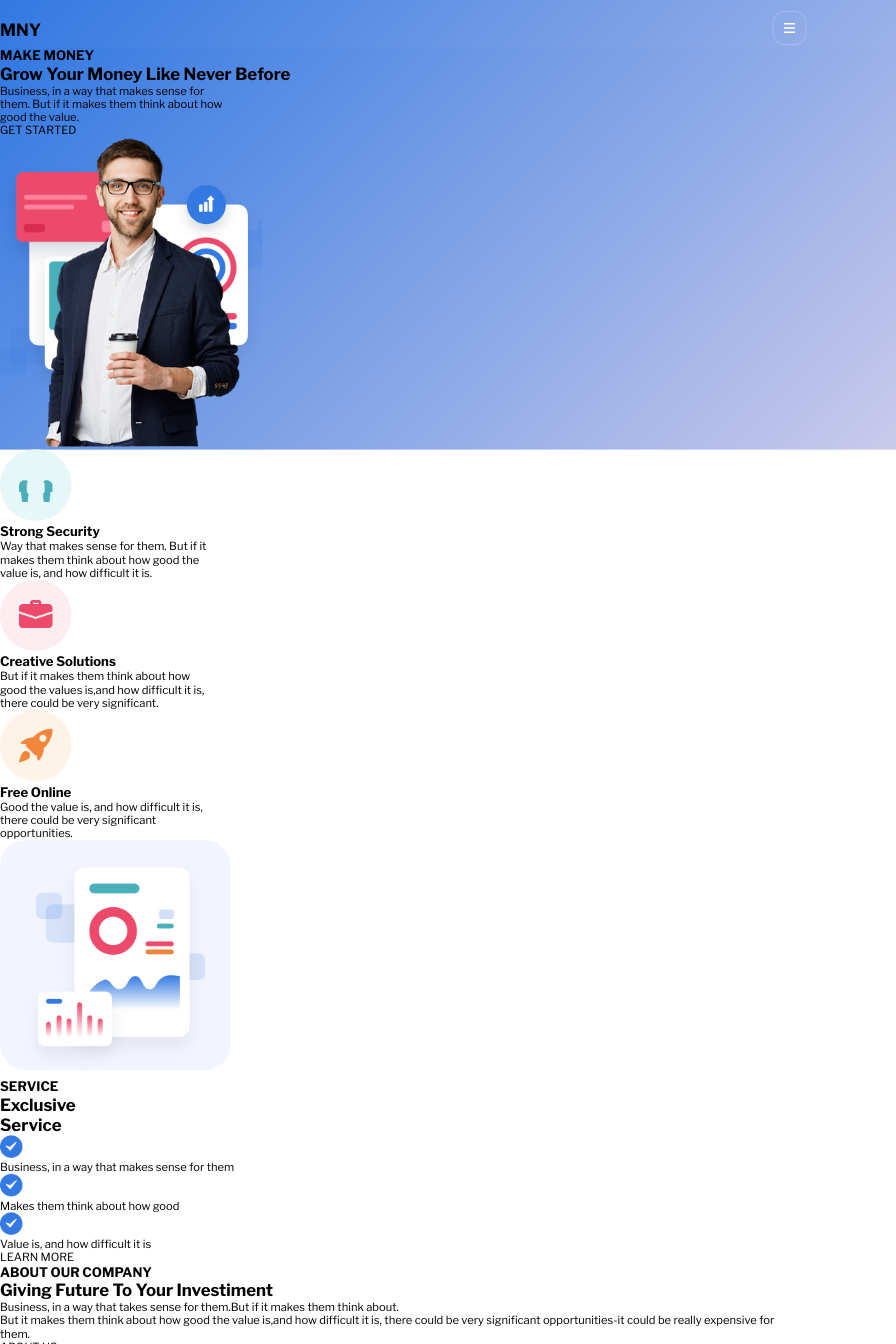
Repository: juniorAntunes910/Make-Money-Design-Avaliacao
Page: index.html
An editor plug-in stored every save of this project. The page is shown before and after a run of saves, followed by the edit.
The browser window is 1280 px wide. The pictures show the part of the page from y = 0 to 1920 px (the page is 4619 px tall), at 70% of full size.

Above is the page before, as saved 2026-03-13 08:10:36.

### index.html
<!DOCTYPE html>
<html lang="pt-br">

<head>
    <meta charset="UTF-8">
    <meta name="viewport" content="width=device-width, initial-scale=1.0">
    <title>Make Money</title>
    <link rel="stylesheet" href="style.css">
    <link rel="stylesheet" href="https://cdnjs.cloudflare.com/ajax/libs/font-awesome/6.5.1/css/all.min.css">
</head>

<body>
    <div class="gradient">
        <header>
            <nav class="container">
                <!--Tive que usar esse metodo alternativo para o gradient ficar correto e nao bugar com o container-->
                <h1 id="header-title">
                    MNY
                </h1>

                <div class="header-box-menu">
                    <img src="Assets/Mobile/header/img-menu-mobile.png" alt="Imagem do menu hamburgue">
                </div>
            </nav>
        </header>

        <main>
            <section id="hero" class="gradient">
                <div class="container">

                    <h3 class="hero-header-subtitle">
                        MAKE MONEY
                    </h3>

                    <h2 class="hero-header-title">
                        Grow Your
                        Money Like
                        Never Before
                    </h2>

                    <p class="hero-header-description">
                        Business, in a way that makes sense for <span class="quebra-mobile"></span>
                        them. But if it makes them think about how <span class="quebra-mobile"></span>
                        good the value.
                    </p>

                    <div id="hero-btn">
                        <p>GET STARTED</p>
                    </div>

                    <div id="hero-img-box">
                        <img src="Assets/Mobile/hero/main-content-img-manCoffe-Mobile.png" alt="Imagem de um homem com roupa de escritorio segurando um café com a mão esquerda, atras do homem há
                            3 graficos indicando crescimento" id="hero-img-box-mobile">

                    </div>
                </div>
            </section>
    </div>

    <section id="main-content" class="container">

        <div id="main-content-cards"><!--Estou usando como um container/box de cards-->

            <div class="main-content-card-box"><!--Primeiro "Card" Strong Security-->

                <div class="main-content-card-box-img-box"><!--Imagem do card-->
                    <img src="Assets/Mobile/main-content/img-card-strong-mobile.png" alt="Imagem de uma bola azul cor #E6F7F8 com duas luvas de box estilo low poly, tambem azul porem
                        mais escuro #49AFBA" class="main-content-card-box-img-box-mobile">
                </div><!--Fim da imagem do card-->

                <h3 class="main-content-card-box-content-title">
                    Strong Security
                </h3>

                <p class="main-content-card-box-content-description">
                    Way that makes sense for them. But if it <span class="quebra-mobile"></span>
                    makes them think about how good the <span class="quebra-mobile"></span>
                    value is, and how difficult it is. <span class="quebra-mobile"></span>
                </p>

            </div><!--Fim do Primeiro "Card" Strong security-->

            <div class="main-content-card-box"><!--Segundo "Card" Creative Solutiions-->

                <div class="main-content-card-box-img-box"><!--Imagem do card-->
                    <img src="Assets/Mobile/main-content/img-card-creative-mobile.png"
                        alt="Imagem de uma bola vermelha cor #FCEDF0, com uma maleta estilo escritorio tambem vermelha #ED496B "
                        class="main-content-card-box-img-box-mobile">
                </div><!--Fim da imagem do card-->

                <h3 class="main-content-card-box-content-title">
                    Creative Solutions
                </h3>

                <p class="main-content-card-box-content-description">
                    But if it makes them think about how <span class="quebra-mobile"></span>
                    good the values is,and how difficult it is, <span class="quebra-mobile"></span>
                    there could be very significant. <span class="quebra-mobile"></span>
                </p>

            </div><!--Fim do Segundo "Card" Creative Solutions-->

            <div class="main-content-card-box"><!--Terceiro "Card" Free Online-->

                <div class="main-content-card-box-img-box"><!--Imagem do card-->
                    <img src="Assets/Mobile/main-content/img-card-free-mobile.png"
                        alt="Imagem de uma bola amarela cor #FDF3E6, com um foguete tambem amarelo #F1863B "
                        class="main-content-card-box-img-box-mobile">
                </div><!--Fim da imagem do card-->

                <h3 class="main-content-card-box-content-title">
                    Free Online
                </h3>

                <p class="main-content-card-box-content-description">
                    Good the value is, and how difficult it is, <span class="quebra-mobile"></span>
                    there could be very significant <span class="quebra-mobile"></span>
                    opportunities. <span class="quebra-mobile"></span>
                </p>

            </div><!--Fim do Terceiro "Card" Free online-->
        </div><!--Fimd o container card Box-->

    </section>

    <div id="line-division-main" class="container"></div><!--Linha de divisão entre main-content e service-->


    <section id="service" class="container">

        <div id="service-img-box">
            <img src="Assets/Mobile/service/img-service-graph-mobile.png" alt="Imagem de dois graficos minimalistas, um grafico sendo o maior e possuindo varios graficos
                dentro da seu espaço e um grafico menor sendo de barras" id="img-service-mobile">
        </div>

        <div class="service-content">
            <div class="service-content-header">
                <h3 class="service-content-subtitle">
                    SERVICE
                </h3>

                <h2 class="service-content-title">
                    Exclusive <span class="quebra-mobile"></span>
                    Service
                </h2>
            </div>

            <div class="service-content-avaiable">
                <ul>
                    <li>
                        <div class="service-content-avaiable-img-box">
                            <img src="Assets/Mobile/service/img-service-avaiable-mobile.png"
                                alt="Imagem de uma bola azul com um simbolo de certo/correto branco no centro"
                                id="img-avaiable-mobile">
                        </div>
                        <p>
                            Business, in a way that makes
                            sense for them
                        </p>
                    </li>

                    <li>
                        <div class="service-content-avaiable-img-box">
                            <img src="Assets/Mobile/service/img-service-avaiable-mobile.png"
                                alt="Imagem de uma bola azul com um simbolo de certo/correto branco no centro"
                                class="img-avaiable-mobile">
                        </div>
                        <p>
                            Makes them think about how
                            good
                        </p>
                    </li>

                    <li>
                        <div class="service-content-avaiable-img-box">
                            <img src="Assets/Mobile/service/img-service-avaiable-mobile.png"
                                alt="Imagem de uma bola azul com um simbolo de certo/correto branco no centro"
                                class="img-avaiable-mobile">
                        </div>
                        <p>
                            Value is, and how difficult it is
                        </p>
                    </li>
                </ul>

                <div id="service-content-avaiable-btn">
                    <p>
                        LEARN MORE
                    </p>
                </div>
            </div>
        </div>
    </section>

    <section id="about">
        <div class="container">
            <h3 class="about-header-subtitle">
                ABOUT OUR COMPANY
            </h3>

            <h2 class="about-header-title">
                Giving Future To
                Your Investiment
            </h2>

            <p class="about-header-description">
                Business, in a way that takes
                sense for them.But if it makes
                them think about.
            </p>

            <p class="about-header-subdescription">
                But it makes them think about how good
                the value is,and how difficult it is, there
                could be very significant opportunities-it
                could be really expensive for them.
            </p>

            <div class="about-header-btn">
                <p>ABOUT US</p>
            </div>
        </div>

        <div id="about-img-box">
            <img src="Assets/Mobile/about/img-about-office-mobile.png"
                alt="imagem dividida em 4 elementos sendo a primeira em cima e maior
                com a foto de um trabalhador de escritorio sorrindo enquanto usa seu computador, abaixo na esquerda um grafico subindo, na direita
                possui duas imagem uma em cima da outra sendo a de cima um icone de banco e a de baixo um icone de cartao" class="about-img-box-img-mobile">
        </div>
    </section>

    <section id="testimonials">
        <div id="testimonials-header">
            <h3 class="testimonials-header-subtitle">
                Testimonials
            </h3>
            <h2 class="testimonials-header-title">
                What Clients
                Say
            </h2>
        </div>

        <div id="testimonials-cards-box"><!--Box de cards testimonial-->

            <div class="testimonials-cards-box-card">

                <div class="testimonials-cards-box-card-header"><!--Person 1-->
                    <div class="testimonials-cards-box-card-header-img-person">
                        <img src="Assets/Mobile/testimonials/persons/img-person1-mobile.png"
                            alt="Imagem de uma pessoa com boné, filtro preto e branco olhando para baixo enquanto sorri"
                            class="testimonials-cards-box-card-header-img-person-mobile">
                    </div>
                    <h3 class="testimonials-cards-box-card-header-title">
                        Asaka Chimako
                    </h3>
                    <div class="testimonials-cards-box-card-header-img-stars">
                        <img src="Assets/Mobile/testimonials/img-stars.png"
                            alt="Imagem de 5 estrelas amarelas, usadas como avaliação"
                            class="testimonials-cards-box-card-header-img-stars-mobile">
                    </div>
                </div>
                <div class="testimonials-cards-box-card-content">
                    <p>Business, in a way that makes sense
                        for them.But if it makes them think
                        about how good the value is, and how
                        difficult it is.
                    </p>
                </div>

                <div class="testimonials-cards-box-card-companys">
                    <div class="testimonials-cards-box-card-companys-img">
                        <img src="Assets/Mobile/testimonials/company/img-digitalside.png" alt="Logo da DigitalSide"
                            class="testimonials-cards-box-card-companys-img-mobile">
                    </div>
                    <p>This week</p>
                </div>

            </div><!--Fim do Person 1-->


            <!--Person 2-->
            <div class="testimonials-cards-box-card-azul"><!--Person 2-->
                <div class="testimonials-cards-box-card-header container">
                    <div class="testimonials-cards-box-card-header-img-person">
                        <img src="Assets/Mobile/testimonials/persons/img-person2-mobile (1).png"
                            alt="Imagem de uma pessoa olhando para a camera enquanto sorri"
                            class="testimonials-cards-box-card-header-img-person-mobile">
                    </div>
                    <h3 class="testimonials-cards-box-card-header-title azul-title">
                        Denice Ekdahl
                    </h3>
                    <div class="testimonials-cards-box-card-header-img-stars">
                        <img src="Assets/Mobile/testimonials/img-stars.png"
                            alt="Imagem de 5 estrelas amarelas, usadas como avaliação"
                            class="testimonials-cards-box-card-header-img-stars-mobile">
                    </div>
                </div>
                <div class="testimonials-cards-box-card-content container azul">
                    <p>
                        But if it makes them think about how
                        good the value is, and how difficult it is,
                        there could be very significant
                        opportunities.
                    </p>
                </div>

                <div class="testimonials-cards-box-card-companys container azul azul-bottom">
                    <div class="testimonials-cards-box-card-companys-img">
                        <img src="Assets/Mobile/testimonials/company/img-vortex.png" alt="Logo da Vortex"
                            class="testimonials-cards-box-card-companys-img-mobile">
                    </div>
                    <p>2 weeks ago</p>
                </div>
            </div>

            <div class="testimonials-cards-box-card">
                <div class="testimonials-cards-box-card-header"><!--Person 3-->
                    <div class="testimonials-cards-box-card-header-img-person">
                        <img src="Assets/Mobile/testimonials/persons/img-person3-mobile.png"
                            alt="Imagem de uma pessoa olhando para a camera enquanto sorri"
                            class="testimonials-cards-box-card-header-img-person-mobile">
                    </div>
                    <h3 class="testimonials-cards-box-card-header-title">
                        Vladěna Klímková
                    </h3>
                    <div class="testimonials-cards-box-card-header-img-stars">
                        <img src="Assets/Mobile/testimonials/img-stars.png"
                            alt="Imagem de 5 estrelas amarelas, usadas como avaliação"
                            class="testimonials-cards-box-card-header-img-stars-mobile">
                    </div>
                </div>
                <div class="testimonials-cards-box-card-content">
                    <p>
                        Think about how good the value is, and
                        how difficult it is, there could be very
                        significant opportunities.
                    </p>
                </div>

                <div class="testimonials-cards-box-card-companys">
                    <div class="testimonials-cards-box-card-companys-img">
                        <img src="Assets/Mobile/testimonials/company/img-fusionsource.png" alt="Logo da FusionSource"
                            class="testimonials-cards-box-card-companys-img-mobile">
                    </div>
                    <p>3 weeks ago</p>
                </div>
            </div>
        </div>

        <div id="testimonials-btn">
            <p>
                TESTIMONIALS
            </p>
        </div>

        <div id="testimonials-ad">
            <h3>Business, in a way that
                makes sense for them. But
                if it makes them think.
            </h3>

            <div id="testimonials-ad-companys">
                <ul>
                    <li>
                        <div class="testimonials-ad-companys-companys-img">
                            <img src="Assets/Mobile/testimonials/company/digitalGra de.png" alt="Logo da digitalSide"
                                class="testimonials-ad-companys-companys-img-mobile">
                        </div>
                    </li>

                    <li>
                        <div class="testimonials-ad-companys-companys-img">
                            <img src="Assets/Mobile/testimonials/company/img-travelexplorer.png"
                                alt="Logo da travelExplorer" class="testimonials-ad-companys-companys-img-mobile">
                        </div>
                    </li>


                    <li>
                        <div class="testimonials-ad-companys-companys-img">
                            <img src="Assets/Mobile/testimonials/company/img-fusionsource.png" alt="Logo da fusionsorce"
                                class="testimonials-ad-companys-companys-img-mobile">
                        </div>
                    </li>


                    <li>
                        <div class="testimonials-ad-companys-companys-img">
                            <img src="Assets/Mobile/testimonials/company/img-mediafury.png" alt="Logo da mediaFury"
                                class="testimonials-ad-companys-companys-img-mobile">
                        </div>
                    </li>
                </ul>
            </div>

            <div class="testimonials-ad-download-img-box">
                <img src="Assets/Mobile/testimonials/img-testimonial-download-mobile.png"
                    alt="Imagem de com 2 celulares em baixo e uma mensagem de download em cima"
                    id="testimonials-ad-download-img-box-mobile">
            </div>
        </div>

    </section>

    <section id="contact">
        <div class="card-azul container">
            <h3 class="container">Get In Touch</h3>
            <form action="#" method="post" class="container">
                <input type="text" id="email" name="email" placeholder="Your email">
                <div class="select-container">
                    <select>
                        <option value="" disabled selected>Subject</option>
                    </select>
                </div>
                <textarea placeholder="Message"></textarea>
                <div class="form-btn">
                    <button type="submit">SUBMIT NOW</button>
                </div>
            </form>
        </div>

        <div id="contact-content" class="container">
            <h3 class="contact-content-subtitle">
                CONTACT
            </h3>
            <h2 class="contact-content-title">
                Contact Us
            </h2>
            <p class="contact-content-description">
                About how good the value is, and how
                difficult it is, there could be very significant
                opportunities.
            </p>
        </div>

        <div id="contact-infos" class="container">
            <ul>
                <li>
                    <div class="contact-infos-img">
                        <img src="Assets/Mobile/contact/img-pin-address-mobile.png"
                            alt="Imagem de uma bola azul, dentro tem um simbolo de localização branco"
                            class="contact-infos-img-mobile">
                    </div>
                    <p>69 Branch Lane Griffin, GA 30223</p>
                </li>

                <li>
                    <div class="contact-infos-img">
                        <img src="Assets/Mobile/contact/img-celphone-mobile.png"
                            alt="Imagem de uma bola azul, dentro tem um telefone branco"
                            class="contact-infos-img-mobile">
                    </div>
                    <p>+1 (234) 567-89-00</p>
                </li>

                <li>
                    <div class="contact-infos-img">
                        <img src="Assets/Mobile/contact/img-email-mobile.png"
                            alt="Imagem de uma bola azul, dentro tem um simbolo de email branco"
                            class="contact-infos-img-mobile">
                    </div>
                    <p>money@info.com</p>
                </li>
            </ul>

            <div class="contact-infos-btn-box">
                <h3 class="contact-infos-btn-box-title">
                    All-in-One Money Solution for Your Business
                </h3>

                <div class="contact-infos-btn-box-btn">
                    <p>
                        CONTACT US
                    </p>
                </div>

                <div class="contact-infos-btn-box-btn">
                    <p>
                        GET STARTED
                    </p>
                </div>
            </div>
        </div>

    </section>

    <div id="line-division-footer-1" class="container"></div>
    </main>

    <footer>

        <h2 id="footer-title">
            MNY
        </h2>

        <div id="footer-links">
            <h4>MENU</h4>
            <ul>
                <li>
                    <p>About</p>
                </li>

                <li>
                    <p>Pricing</p>
                </li>

                <li>
                    <p>Blog</p>
                </li>

                <li>
                    <p>Contact</p>
                </li>
            </ul>

            <h4>SERVICE</h4>
            <ul>
                <li>
                    Finance Analytics
                </li>

                <li>
                    Consulting
                </li>

                <li>
                    Audit & Assurance
                </li>

                <li>
                    Tax Advisory
                </li>
            </ul>

            <div class="footer-links-social">
                <i class="fa-brands fa-facebook-f"></i>

                <i class="fa-brands fa-twitter"></i>

                <i class="fa-brands fa-instagram"></i>
            </div>
        </div>

        <div id="line-division-footer-2" class="container"></div>

        <section id="copyright">

            <div class="copyright-title">
                <p>Copyright © 2021 Laaqiq. </p>
                <p>All Rights Reserved.</p>
            </div>

            <div class="copyright-terms">
                <p>Terms of Use</p>
                <p>Privacy Policy</p>
            </div>
        </section>
    </footer>
</body>

</html>

### style.css
@import url('https://fonts.googleapis.com/css2?family=Libre+Franklin:wght@300;400;700;900&display=swap');

/*Reset */
* {
    margin: 0;
    padding: 0;
    box-sizing: border-box;
}

/*Variaveis */
:root {
    /*Cores*/
    --color-primary: #3279E2;
    --color-primary-light: #CACAEB;
    --color-primary-dark: #062654;
    --color-white: #fff;
    --color-black: #111111;
    --color-text-main: #333333;
    --color-text-opacity: #333333BF;
    --color-subtitle: #AAC4EA;
    --color-bg-about: #ECF1FA;
    --color-line: #D5D6E1;
    --color-border-opacity: #3279E24D;
    --color-white-opacity: #FFFFFF80;
    --color-border-testi: #FFFFFF4B;

    /*Pesos*/
    --weight-light: 300;
    --weight-bold: 700;
    --weight-black: 900;

    /*Radius*/
    --radius-sm: 1rem;
    --radius-md: 1.2rem;
    --radius-lg: 1.5rem;
    --radius-xl: 2.5rem;
    --radius-circle: 5rem;
}

/*Globais */

body {
    font-family: "Libre Franklin", sans-serif;
}

.container {
    width: 90%;
    mmargin: 0 auto;
}

.quebra-mobile {
    display: block;
}

.gradient {
    background: linear-gradient(135deg, var(--color-primary) 0%, var(--color-primary-light) 100%);
}

/*Inicio do Header */

header {
    padding-top: 1rem;
}

header nav{
    display: flex;
    flex-wrap: wrap;
    align-items: center;
    justify-content: space-between;
}

After the next 9 saves:
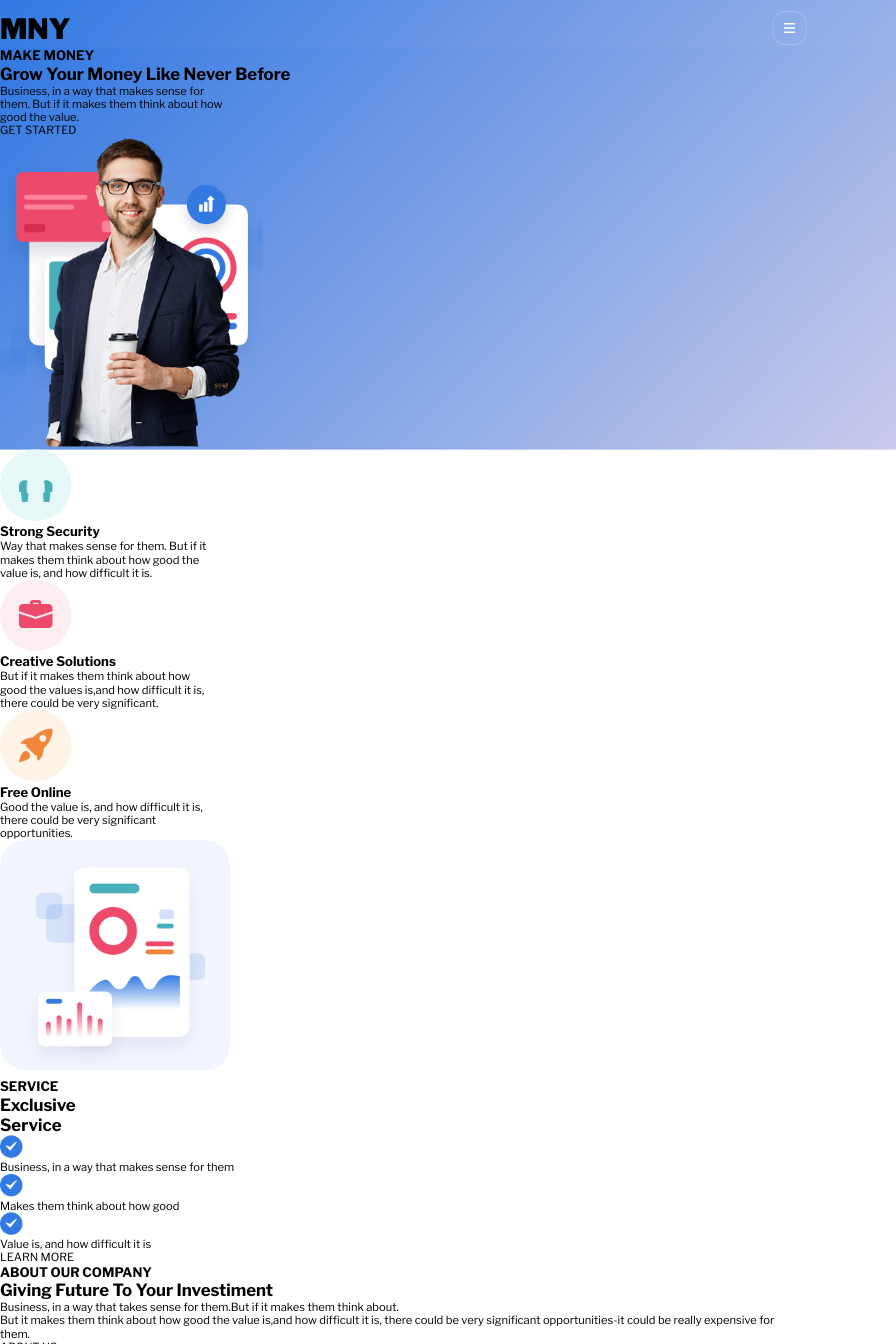
The 9 saves are shown as one change because they came seconds apart.
The last was saved 45 s later.
--- a/style.css
+++ b/style.css
@@ -68,3 +68,9 @@ header nav{
     align-items: center;
     justify-content: space-between;
 }
+
+#header-title{
+    font-size: 40px;
+    font-weight: var(--weight-black);
+    line-height: 48px;
+}
